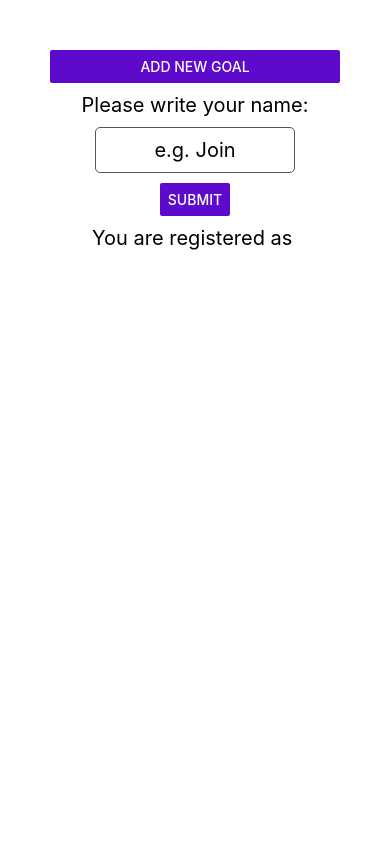
Repository: ntu34543/React-Native-Example1
Screen: /
These files come from the project's save history. The screen is drawn as it stood at one moment and after the next save; the edit follows.
The app was drawn by React Native's web renderer in a window 390 px wide. The project was rebuilt for these pictures with package versions that can differ from the ones it lists, and the page was loaded fresh each time. Also part of the build but not shown: components/Goalltem.js.

Above is the screen before, as saved 2022-09-12 16:06:00.

### App.js
import { useState } from "react";
import {
  StyleSheet,
  View,
  FlatList,
  Button,
  Text,
  Linking,
  TextInput,
  TouchableOpacity
} from "react-native";
import { StatusBar } from "expo-status-bar";

import GoalItem from "./components/Goalltem";
import GoalInput from "./components/Goallnput";

export default function App() {
  const [modalIsVisible, setModalIsVisible] = useState(false);
  const [courseGoals, setCourseGoals] = useState([]);
  const [name, setName] = useState("");
  const [submitted, setSubmitted] = useState(false);
  // console.log(courseGoals);
  const onPressHandler = () => {
    setSubmitted(!submitted);
  };

  function startAddGoalHandler() {
    setModalIsVisible(true);
  }

  function endAddGoalHandler() {
    setModalIsVisible(false);
  }

  function addTextInput(enteredGoalText) {
    setCourseGoals((currentCourseGoals) => [
      ...currentCourseGoals,
      { text: enteredGoalText, id: Math.random().toString() },
    ]);
    endAddGoalHandler();
  }

  function deleteGoalHandler(id) {
    setCourseGoals((currentCourseGoals) => {
      return currentCourseGoals.filter((goal) => goal.id !== id);
    });
  }

  return (
    <>
      <StatusBar style="auto" />
      <View style={styles.container}>
        <Button
          title="Add new Goal"
          color="#5e0acc"
          onPress={startAddGoalHandler}
        />
        <View style={styles.body}>
          <Text style={styles.text}>Please write your name:</Text>
          <TextInput
            style={styles.input}
            placeholder="e.g. Join"
            onChangeText={(value) => setName(value)}
            // maxLength={2}
            // editable={false}
            // secureTextEntry
          />
          <Button
            title={submitted? "Clear" : "Submit"}
            // disabled={submitted}
            color="#5e0acc"
            onPress={onPressHandler}
            // onPress={() => {
            //   Linking.openURL(
            //     "https://ca.slack-edge.com/T324R7VB6-U03RS7EKJHG-323b9d1b6216-512"
            //   );
            // }}
          />
          <TouchableOpacity>
            <Text></Text>
          </TouchableOpacity>
          {/* {submitted ? <Text>You are registered as {name}</Text> : null} */}
          <Text style={styles.text}>You are registered as {name}</Text>
        </View>
        <GoalInput
          visible={modalIsVisible}
          onAddGoal={addTextInput}
          onCancer={endAddGoalHandler}
        />
        <View style={styles.goalsContainer}>
          <FlatList
            data={courseGoals}
            style={styles.goalsContainer}
            renderItem={(itemData) => {
              return (
                <GoalItem
                  text={itemData.item.text}
                  id={itemData.item.id}
                  onDeleteItem={deleteGoalHandler}
                />
              );
            }}
            keyExtractor={(item, index) => {
              return index.id;
            }}
            alwaysBounceVertical={false}
          />
        </View>
      </View>
    </>
  );
}

const styles = StyleSheet.create({
  container: {
    padding: 50,
  },
  body: {
    alignItems: 'center',
  },
  goalsContainer: {
    // flex: 4,
  },
  text: {
    textAlign: "center",
    margin: 10,
    fontSize: 20,
  },
  input: {
    borderWidth: 1,
    borderColor: "#555",
    borderRadius: 5,
    width: 200,
    padding: 10,
    marginBottom: 10,
    textAlign: "center",
    fontSize: 20,
  },
});

### components/Goallnput.js
import { useState } from "react";
import { StyleSheet, View, TextInput, Button, Modal, Image } from "react-native";
function GoalInput(props) {
  const [enteredGoalText, setEnteredGoalText] = useState("");

  function textInput(enteredText) {
    setEnteredGoalText(enteredText);
    // console.log(enteredText);
  }

  function addGoalHandler() {
    props.onAddGoal(enteredGoalText);
    setEnteredGoalText("");
  }

  return (
    <Modal visible={props.visible} animationType="slide">
      <View style={styles.inputContainer}>
          <Image style={styles.image} source={require('../assets/favicon.png')} />
        <TextInput
          style={styles.textInput}
          placeholder="Email............"
          onChangeText={textInput}
          value={enteredGoalText}
        />
        <View style={styles.buttonContainer}>
          <View style={styles.button}>
            <Button title="Click!" onPress={addGoalHandler} />
          </View>
          <View style={styles.button}>
            <Button title="Cancer!" onPress={props.onCancer}/>
          </View>
        </View>
      </View>
    </Modal>
  );
}

export default GoalInput;

const styles = StyleSheet.create({
  inputContainer: {
    flex: 1,
    justifyContent: "center",
    alignItems: "center",
    paddingBottom: 24,
    padding: 16,
    borderBottomWidth: 1,
    borderBottomColor: "gray",
    backgroundColor: 'pink'
  },
  image: {
      width: 100,
      height: 100,
      margin: 20,
  },
  textInput: {
    borderWidth: 1,
    borderColor: "#cccccc",
    width: "100%",
    padding: 8,
  },
  buttonContainer: {
      marginTop: 16,
    flexDirection: "row",
  },
  button: {
      width: '30%',
      marginHorizontal: 8,
  }
});

After the next save:
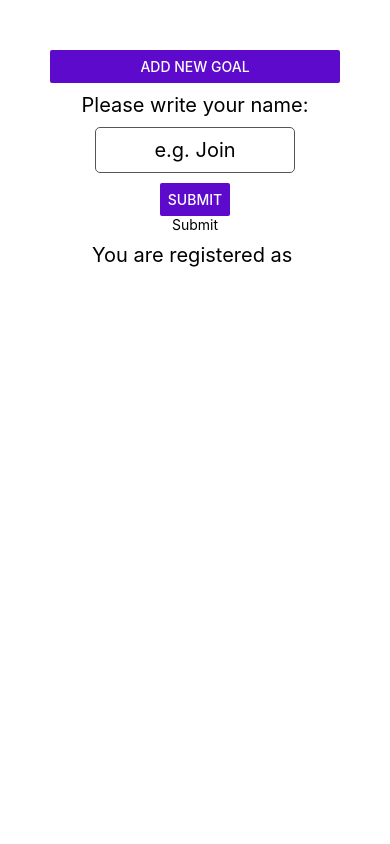
Saved 11 s later.
--- a/App.js
+++ b/App.js
@@ -77,7 +77,7 @@ export default function App() {
             // }}
           />
           <TouchableOpacity>
-            <Text></Text>
+            <Text>{submitted? "Clear" : "Submit"}</Text>
           </TouchableOpacity>
           {/* {submitted ? <Text>You are registered as {name}</Text> : null} */}
           <Text style={styles.text}>You are registered as {name}</Text>
